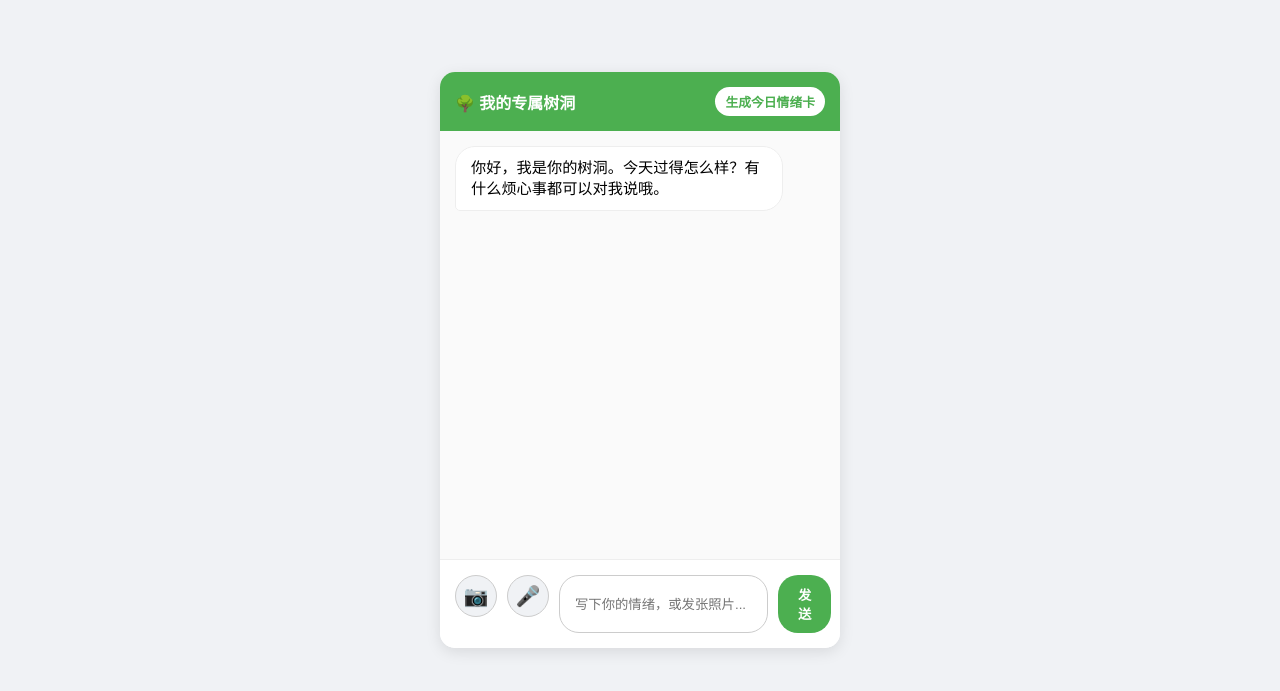
Repository: QinghuaSun1127/Tree_house
Page: index.html
An editor plug-in stored every save of this project. The page is shown before and after a run of saves, followed by the edit.
The browser window is 1280 px wide. The pictures show the whole page.

Above is the page before, as saved 2026-04-09 23:21:10.

### index.html
<!DOCTYPE html>
<html lang="zh-CN">

<head>
    <meta charset="UTF-8">
    <meta name="viewport" content="width=device-width, initial-scale=1.0">
    <title>AI 树洞伴侣</title>
    <style>
        body {
            font-family: 'Segoe UI', Tahoma, Geneva, Verdana, sans-serif;
            background-color: #f0f2f5;
            display: flex;
            justify-content: center;
            align-items: center;
            height: 100vh;
            margin: 0;
        }

        .chat-container {
            width: 100%;
            max-width: 400px;
            background: white;
            border-radius: 15px;
            box-shadow: 0 4px 15px rgba(0, 0, 0, 0.1);
            overflow: hidden;
            display: flex;
            flex-direction: column;
            height: 80vh;
        }

        .chat-header {
            background-color: #4CAF50;
            color: white;
            padding: 15px;
            display: flex;
            justify-content: space-between;
            align-items: center;
            font-weight: bold;
        }

        .summary-btn {
            background-color: white;
            color: #4CAF50;
            border: none;
            padding: 5px 10px;
            border-radius: 15px;
            cursor: pointer;
            font-size: 0.8em;
            font-weight: bold;
        }

        .summary-btn:hover {
            background-color: #f0f0f0;
        }

        .chat-box {
            flex: 1;
            padding: 15px;
            overflow-y: auto;
            display: flex;
            flex-direction: column;
            gap: 10px;
            background-color: #fafafa;
        }

        .message {
            max-width: 80%;
            padding: 10px 15px;
            border-radius: 20px;
            line-height: 1.4;
            font-size: 0.95em;
        }

        .user-message {
            background-color: #dcf8c6;
            align-self: flex-end;
            border-bottom-right-radius: 5px;
        }

        .ai-message {
            background-color: #ffffff;
            border: 1px solid #eee;
            align-self: flex-start;
            border-bottom-left-radius: 5px;
        }

        .summary-message {
            background-color: #fff3cd;
            border: 1px solid #ffeeba;
            color: #856404;
            align-self: center;
            width: 90%;
            text-align: center;
            font-size: 0.9em;
            border-radius: 10px;
        }

        .input-area {
            display: flex;
            padding: 15px;
            background: white;
            border-top: 1px solid #eee;
        }

        input[type="text"] {
            flex: 1;
            padding: 10px 15px;
            border: 1px solid #ccc;
            border-radius: 20px;
            outline: none;
        }

        button.send-btn {
            background-color: #4CAF50;
            color: white;
            border: none;
            padding: 10px 20px;
            margin-left: 10px;
            border-radius: 20px;
            cursor: pointer;
            font-weight: bold;
        }
       button.upload-btn {
            background-color: #f0f2f5;
            color: #555;
            border: 1px solid #ccc;
            width: 42px;
            height: 42px;
            /* Flex 居中三剑客 */
            display: flex;
            justify-content: center;
            align-items: center;
            /* 关键修复 1：去除默认行高和内边距，防止图标偏下 */
            line-height: 1;
            padding: 0;
            /* 关键修复 2：防止被右边的输入框挤扁，保证绝对的圆形 */
            flex-shrink: 0;
            border-radius: 50%;
            cursor: pointer;
            margin-right: 10px;
            font-size: 20px;
            outline: none;
        }
        button.upload-btn:hover {
            background-color: #e4e6e9;
        }
        .recording {
            background-color: #ffcccc !important; /* 变成浅红色 */
            color: red !important;
            animation: pulse 1.5s infinite;
        }
        @keyframes pulse {
            0% { transform: scale(1); }
            50% { transform: scale(1.1); }
            100% { transform: scale(1); }
        }    </style>
</head>

<body>

    <div class="chat-container">
        <div class="chat-header">
            <span>🌳 我的专属树洞</span>
            <button class="summary-btn" onclick="getSummary()">生成今日情绪卡</button>
        </div>
        <div class="chat-box" id="chatBox">
            <div class="message ai-message">你好，我是你的树洞。今天过得怎么样？有什么烦心事都可以对我说哦。</div>
        </div>
        <div class="input-area">
            <input type="file" id="imageInput" accept="image/*" style="display: none;" onchange="previewImage()">
            <button class="upload-btn" onclick="document.getElementById('imageInput').click()">📷</button>
            <button class="upload-btn" id="micBtn" onclick="toggleVoice()" title="点击开始/停止说话">🎤</button>

            <input type="text" id="userInput" placeholder="写下你的情绪，或发张照片..." onkeypress="handleKeyPress(event)">
            <button class="send-btn" onclick="sendMessage()">发送</button>
        </div>
        <div id="imagePreviewContainer" style="display: none; padding: 0 15px 10px; background: white;">
            <img id="imagePreview" style="max-height: 60px; border-radius: 8px; border: 1px solid #ccc;">
            <span style="cursor:pointer; color:red; margin-left:10px;" onclick="clearImage()">✖ 取消图片</span>
        </div>
    </div>

    <script>
        // 在系统后台默默记录所有的聊天历史
        let fullChatHistory = "";

        async function sendMessage() {
            const inputField = document.getElementById('userInput');
            const chatBox = document.getElementById('chatBox');
            const text = inputField.value.trim();

            if (!text) return;

            // 1. 显示用户的话，并记录到历史中
            chatBox.innerHTML += `<div class="message user-message">${text}</div>`;
            fullChatHistory += `用户说：${text}\n`;

            inputField.value = '';
            chatBox.scrollTop = chatBox.scrollHeight;

            const loadingId = 'loading-' + Date.now();
            chatBox.innerHTML += `<div class="message ai-message" id="${loadingId}">树洞正在倾听...</div>`;
            chatBox.scrollTop = chatBox.scrollHeight;

            try {
                const response = await fetch('http://127.0.0.1:8000/chat', {
                    method: 'POST',
                    headers: { 'Content-Type': 'application/json' },
                    body: JSON.stringify({
                        text: text,
                        image_url: currentImageDataUrl  // 把刚才保存的图片数据一起发给后端
                    })
                });

                const data = await response.json();

                // 2. 显示 AI 的回复，并记录到历史中
                document.getElementById(loadingId).innerText = data.reply;
                fullChatHistory += `树洞回复：${data.reply}\n`;

            } catch (error) {
                document.getElementById(loadingId).innerText = "（哎呀，树洞似乎开小差了）";
            }

            chatBox.scrollTop = chatBox.scrollHeight;
        }

        // 新增：调用后端摘要接口的函数
        async function getSummary() {
            if (fullChatHistory === "") {
                alert("我们还没有聊天呢，先跟我说说话吧！");
                return;
            }

            const chatBox = document.getElementById('chatBox');
            const loadingId = 'summary-loading-' + Date.now();

            // 在界面上插入一个黄色的专属情绪卡片框
            chatBox.innerHTML += `<div class="message summary-message" id="${loadingId}">正在生成您的专属情绪报告...</div>`;
            chatBox.scrollTop = chatBox.scrollHeight;

            try {
                const response = await fetch('http://127.0.0.1:8000/summary', {
                    method: 'POST',
                    headers: { 'Content-Type': 'application/json' },
                    body: JSON.stringify({ chat_history: fullChatHistory })
                });

                const data = await response.json();

                // 将后端的摘要结果显示在黄色卡片里（把换行符替换为 HTML 的 <br> 以便格式美观）
                document.getElementById(loadingId).innerHTML = "<strong>🌟 今日心境报告 🌟</strong><br>" + data.summary.replace(/\n/g, '<br>');
            } catch (error) {
                document.getElementById(loadingId).innerText = "生成情绪报告失败，请重试。";
            }

            chatBox.scrollTop = chatBox.scrollHeight;
        }

        function handleKeyPress(event) {
                if (event.key === 'Enter') {
                    sendMessage();
                }
            }
        let currentImageDataUrl = null; // 用来暂存用户选择的图片

            // 1. 用户选择图片后的预览与转换逻辑
            function previewImage() {
                const file = document.getElementById('imageInput').files[0];
                if (file) {
                    const reader = new FileReader();
                    reader.onload = function (e) {
                        currentImageDataUrl = e.target.result; // 这就是那串神奇的 Base64 代码
                        document.getElementById('imagePreview').src = currentImageDataUrl;
                        document.getElementById('imagePreviewContainer').style.display = 'block';
                    };
                    reader.readAsDataURL(file); // 开始读取文件
                }
            }

            // 2. 取消图片的逻辑
            function clearImage() {
                currentImageDataUrl = null;
                document.getElementById('imageInput').value = '';
                document.getElementById('imagePreviewContainer').style.display = 'none';
            }
    </script>

</body>

</html>

After the next 8 saves:
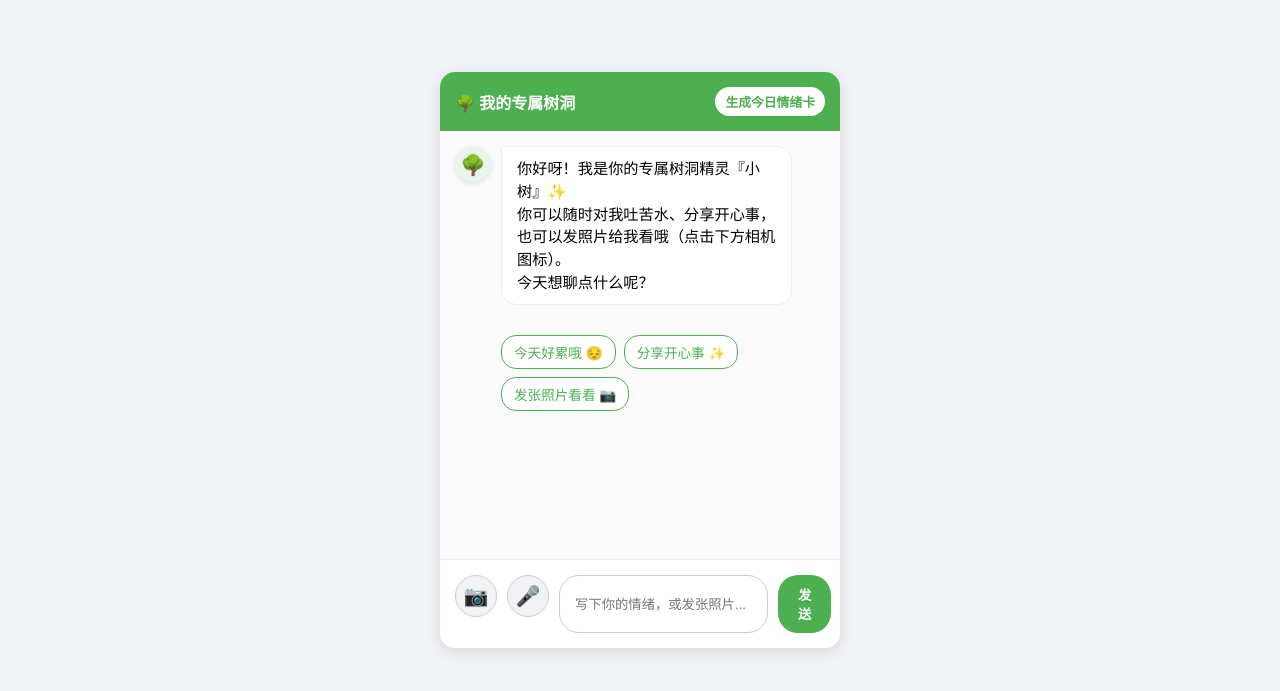
The 8 saves are shown as one change because they came seconds apart.
The last was saved 22 s later.
--- a/index.html
+++ b/index.html
@@ -63,25 +63,74 @@
             background-color: #fafafa;
         }
 
+        /* --- 消息容器与头像样式 --- */
+        .message-wrapper {
+            display: flex;
+            align-items: flex-start;
+            margin-bottom: 15px;
+            gap: 10px;
+        }
+        .user-wrapper {
+            flex-direction: row-reverse; /* 用户消息靠右，头像在右 */
+        }
+        .ai-wrapper {
+            flex-direction: row; /* AI消息靠左，头像在左 */
+        }
+        .avatar {
+            width: 36px;
+            height: 36px;
+            border-radius: 50%;
+            display: flex;
+            justify-content: center;
+            align-items: center;
+            font-size: 20px;
+            background-color: #eee;
+            flex-shrink: 0;
+            box-shadow: 0 2px 5px rgba(0,0,0,0.1);
+        }
+        .ai-avatar { background-color: #e8f5e9; } /* 浅绿色背景 */
+        .user-avatar { background-color: #e3f2fd; } /* 浅蓝色背景 */
+
+        /* --- 气泡样式优化 --- */
         .message {
-            max-width: 80%;
+            max-width: 70%;
             padding: 10px 15px;
-            border-radius: 20px;
-            line-height: 1.4;
+            border-radius: 15px;
+            line-height: 1.5;
             font-size: 0.95em;
-        }
-
+            word-wrap: break-word;
+        }
         .user-message {
             background-color: #dcf8c6;
-            align-self: flex-end;
-            border-bottom-right-radius: 5px;
-        }
-
+            border-top-right-radius: 2px;
+        }
         .ai-message {
             background-color: #ffffff;
             border: 1px solid #eee;
-            align-self: flex-start;
-            border-bottom-left-radius: 5px;
+            border-top-left-radius: 2px;
+        }
+
+        /* --- 快捷引导气泡样式 --- */
+        .quick-replies {
+            display: flex;
+            flex-wrap: wrap;
+            gap: 8px;
+            margin-top: 5px;
+            margin-left: 46px; /* 和AI头像对齐 */
+        }
+        .quick-btn {
+            background-color: #fff;
+            border: 1px solid #4CAF50;
+            color: #4CAF50;
+            padding: 6px 12px;
+            border-radius: 15px;
+            font-size: 0.85em;
+            cursor: pointer;
+            transition: all 0.2s;
+        }
+        .quick-btn:hover {
+            background-color: #4CAF50;
+            color: #fff;
         }
 
         .summary-message {
@@ -164,7 +213,19 @@
             <button class="summary-btn" onclick="getSummary()">生成今日情绪卡</button>
         </div>
         <div class="chat-box" id="chatBox">
-            <div class="message ai-message">你好，我是你的树洞。今天过得怎么样？有什么烦心事都可以对我说哦。</div>
+            <div class="message-wrapper ai-wrapper">
+                <div class="avatar ai-avatar">🌳</div>
+                <div class="message ai-message">
+                    你好呀！我是你的专属树洞精灵『小树』✨<br>
+                    你可以随时对我吐苦水、分享开心事，也可以发照片给我看哦（点击下方相机图标）。<br>
+                    今天想聊点什么呢？
+                </div>
+            </div>
+            <div class="quick-replies" id="quickReplies">
+                <button class="quick-btn" onclick="sendQuickReply('哎，我今天真的好累哦😔')">今天好累哦 😔</button>
+                <button class="quick-btn" onclick="sendQuickReply('遇到一件超开心的事情！✨')">分享开心事 ✨</button>
+                <button class="quick-btn" onclick="document.getElementById('imageInput').click()">发张照片看看 📷</button>
+            </div>
         </div>
         <div class="input-area">
             <input type="file" id="imageInput" accept="image/*" style="display: none;" onchange="previewImage()">
@@ -263,7 +324,63 @@
                 }
             }
         let currentImageDataUrl = null; // 用来暂存用户选择的图片
-
+            // 语音识别全局变量
+                let recognition;
+                let isRecording = false;
+
+                // 1. 初始化浏览器的语音识别引擎
+                if ('webkitSpeechRecognition' in window || 'SpeechRecognition' in window) {
+                    const SpeechRecognition = window.SpeechRecognition || window.webkitSpeechRecognition;
+                    recognition = new SpeechRecognition();
+                    recognition.continuous = false; // 设为 false：说完一句话自动停止
+                    recognition.interimResults = false; // 设为 false：只返回最终识别结果
+                    recognition.lang = 'zh-CN'; // 设定识别语言为中文
+
+                    // 当录音开始时
+                    recognition.onstart = function () {
+                        isRecording = true;
+                        document.getElementById('micBtn').classList.add('recording');
+                        document.getElementById('userInput').placeholder = "正在倾听，请说话...";
+                    };
+
+                    // 当识别到语音并转化为文字时
+                    recognition.onresult = function (event) {
+                        const transcript = event.results[0][0].transcript;
+                        const inputField = document.getElementById('userInput');
+                        // 将语音转成的文字追加到输入框里
+                        inputField.value += transcript;
+                    };
+
+                    // 当发生错误（比如没给麦克风权限）时
+                    recognition.onerror = function (event) {
+                        console.error("语音识别错误: ", event.error);
+                        if (event.error === 'not-allowed') {
+                            alert("无法录音，请在浏览器地址栏左侧允许麦克风权限！");
+                        }
+                    };
+
+                    // 当录音结束时
+                    recognition.onend = function () {
+                        isRecording = false;
+                        document.getElementById('micBtn').classList.remove('recording');
+                        document.getElementById('userInput').placeholder = "写下你的情绪，或发张照片...";
+                    };
+                } else {
+                    console.warn("当前浏览器不支持 Web Speech API");
+                }
+
+                // 2. 绑定按钮点击事件：点击开始，再点停止
+                function toggleVoice() {
+                    if (!recognition) {
+                        alert("非常抱歉，您的浏览器不支持语音输入功能，推荐使用最新版 Chrome 或 Edge 浏览器。");
+                        return;
+                    }
+                    if (isRecording) {
+                        recognition.stop();
+                    } else {
+                        recognition.start();
+                    }
+                }
             // 1. 用户选择图片后的预览与转换逻辑
             function previewImage() {
                 const file = document.getElementById('imageInput').files[0];
